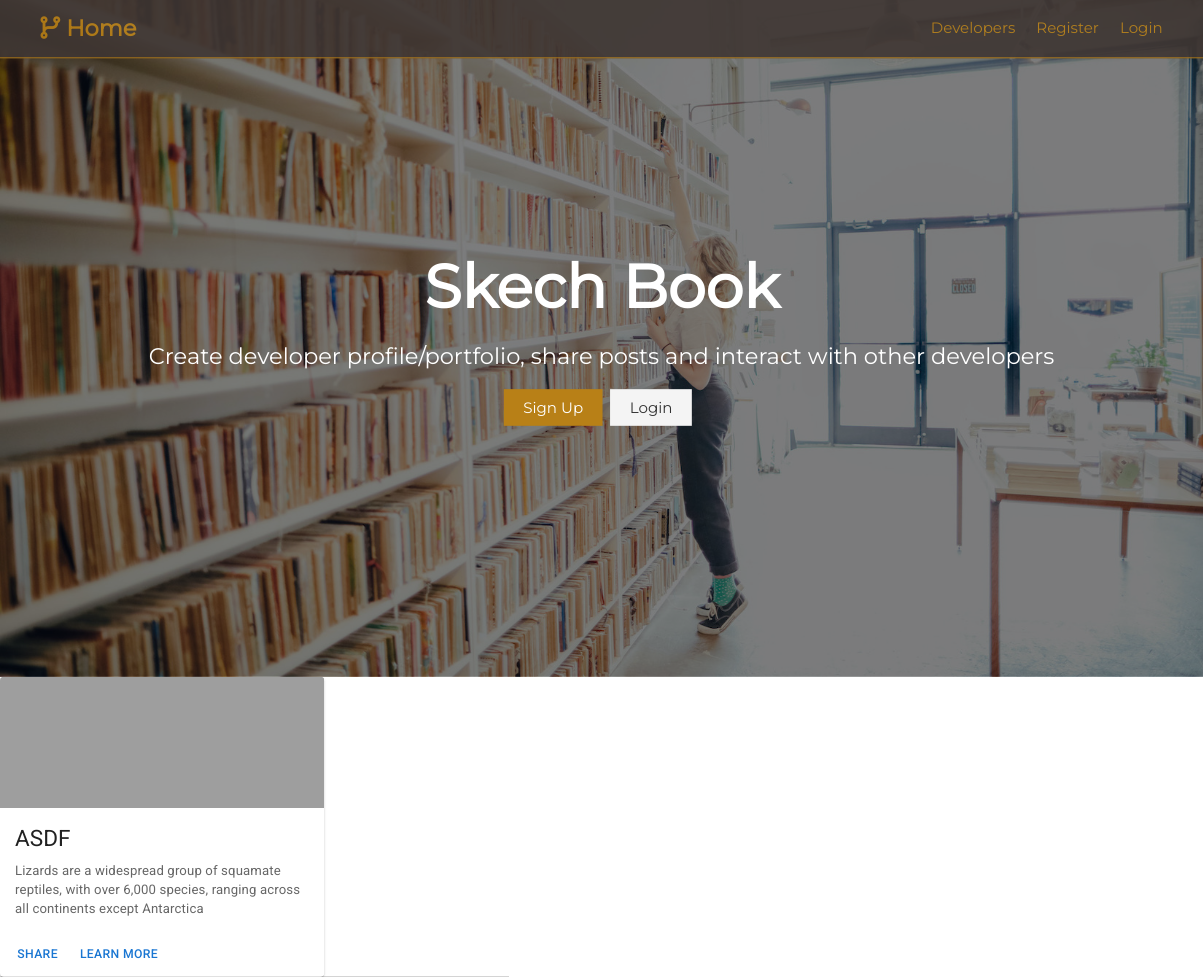
Repository: devnight0913/skechbook
Page: / (app in client/)
The author's editor kept a copy of each file at every save. The page is drawn from the files as they stood at one save, then again after the next save.
The browser window is 1280 px wide. The pictures show the whole page, at 94% of full size.
Pictures or frames that could not be fetched are drawn as grey boxes. Some web libraries are served in a nearby version. The project was rebuilt for these pictures with package versions that can differ from the ones it lists, and the page was loaded fresh each time. Also part of the build but not shown: client/src/components/auth/Login.js, client/src/components/auth/Register.js, client/src/components/dashboard/DashboardActions.js, client/src/actions/profile.js, client/src/utils/formatDate.js, client/src/components/dashboard/Experience.js, client/src/components/dashboard/Education.js, client/src/components/dashboard/Dashboard.js and 21 more.

Above is the page before, as saved 2023-07-23 12:22:01.

### client/public/index.html
<!DOCTYPE html>
<html lang="en">
  <head>
    <meta charset="utf-8" />
    <link rel="icon" href="%PUBLIC_URL%/favicon.ico" />
    <meta name="viewport" content="width=device-width, initial-scale=1" />
    <meta name="theme-color" content="#000000" />
    <meta
      name="description"
      content="Web site created using create-react-app"
    />
    <link rel="apple-touch-icon" href="%PUBLIC_URL%/logo192.png" />

    <!-- Font Awesome Kit -->
    <script
      src="https://kit.fontawesome.com/9cd49f9282.js"
      crossorigin="anonymous"
    ></script>

    <link rel="manifest" href="%PUBLIC_URL%/manifest.json" />
    <title>Welcome to DevBook</title>
  </head>
  <body>
    <noscript>You need to enable JavaScript to run this app.</noscript>
    <div id="root"></div>
  </body>
</html>

### client/src/index.js
import { render } from 'react-dom';

import '@fontsource/roboto/300.css';
import '@fontsource/roboto/400.css';
import '@fontsource/roboto/500.css';
import '@fontsource/roboto/700.css';

import App from './App';

render(<App />, document.getElementById('root'));

### client/src/components/layout/Navbar.js
import { Link } from 'react-router-dom';
import { connect } from 'react-redux';
import PropTypes from 'prop-types';

import { logout } from '../../actions/auth';

const Navbar = ({ auth: { isAuthenticated, loading }, logout }) => {
  const authLinks = (
    <ul>
      <li>
        <Link to='/profiles'>Developers</Link>
      </li>

      <li>
        <Link to='/posts'>Posts</Link>
      </li>

      <li>
        <Link to='/dashboard'>
          <i className='fas fa-user'></i>{' '}
          <span className='hide-sm'>Dashboard</span>
        </Link>
      </li>

      <li>
        <a onClick={logout} href='#!'>
          <i className='fas fa-sign-out-alt'></i>{' '}
          <span className='hide-sm'>Logout</span>
        </a>
      </li>
    </ul>
  );

  const guestLinks = (
    <ul>
      <li>
        <Link to='/profiles'>Developers</Link>
      </li>

      <li>
        <Link to='/register'>Register</Link>
      </li>

      <li>
        <Link to='/login'>Login</Link>
      </li>
    </ul>
  );

  return (
    <nav className='navbar bg-dark'>
      <h1>
        <Link to='/'>
          <i className='fas fa-code-branch' /> Home
        </Link>
      </h1>

      {!loading && <>{isAuthenticated ? authLinks : guestLinks}</>}
    </nav>
  );
};

Navbar.propTypes = {
  logout: PropTypes.func.isRequired,
  auth: PropTypes.object.isRequired,
};

const mapStateToProps = (state) => ({ auth: state.auth });

export default connect(mapStateToProps, { logout })(Navbar);

### client/src/components/layout/Landing.js
import { Link, Navigate } from 'react-router-dom';
import { connect } from 'react-redux';
import PropTypes from 'prop-types';

const Landing = ({ isAuthenticated }) => {
  if (isAuthenticated) {
    return <Navigate to='/dashboard' />;
  }

  return (
    <section className='landing'>
      <div className='dark-overlay'>
        <div className='landing-inner'>
          <h1 className='x-large'>Skech Book</h1>

          <p className='lead'>
            Create developer profile/portfolio, share posts and interact with
            other developers
          </p>

          <div className='buttons'>
            <Link to='/register' className='btn btn-primary'>
              Sign Up
            </Link>

            <Link to='/login' className='btn'>
              Login
            </Link>
          </div>
        </div>
      </div>
    </section>
  );
};

Landing.propTypes = {
  isAuthenticated: PropTypes.bool,
};

const mapStateToProps = (state) => ({
  isAuthenticated: state.auth.isAuthenticated,
});

export default connect(mapStateToProps)(Landing);

### client/src/components/layout/Alert.js
import PropTypes from 'prop-types';
import { connect } from 'react-redux';

const Alert = ({ alerts }) => (
  <div className='alert-wrapper'>
    {alerts.map((alert) => (
      <div key={alert.id} className={`alert alert-${alert.alertType}`}>
        {alert.msg}
      </div>
    ))}
  </div>
);

Alert.propTypes = {
  alerts: PropTypes.array.isRequired,
};

const mapStateToProps = (state) => ({ alerts: state.alert });

export default connect(mapStateToProps)(Alert);

### client/src/store.js
import { createStore, applyMiddleware } from 'redux';
import { composeWithDevTools } from 'redux-devtools-extension';
import thunk from 'redux-thunk';

import rootReducer from './reducers';
import setAuthToken from './utils/setAuthToken';

const initialState = {};
const middleware = [thunk];

// TODO: default export store
export const store = createStore(
  rootReducer,
  initialState,
  composeWithDevTools(applyMiddleware(...middleware))
);

/*
  NOTE: set up a store subscription listener
  to store the users token in localStorage
 */

/*
  initialize current state from redux store for subscription comparison
  preventing undefined error
 */
let currentState = store.getState();

store.subscribe(() => {
  // keep track of the previous and current state to compare changes
  let previousState = currentState;
  currentState = store.getState();
  // if the token changes set the value in localStorage and axios headers
  if (previousState.auth.token !== currentState.auth.token) {
    const token = currentState.auth.token;
    setAuthToken(token);
  }
});

### client/src/actions/auth.js
import api from '../utils/api';
import { setAlert } from './alert';
import {
  REGISTER_SUCCESS,
  REGISTER_FAIL,
  USER_LOADED,
  AUTH_ERROR,
  LOGIN_SUCCESS,
  LOGIN_FAIL,
  LOGOUT,
} from './types';

// Load User
export const loadUser = () => async (dispatch) => {
  try {
    const res = await api.get('/auth');

    dispatch({
      type: USER_LOADED,
      payload: res.data,
    });
  } catch (err) {
    dispatch({ type: AUTH_ERROR });
  }
};

// Register User
export const register =
  ({ name, email, githubusername, password }) =>
  async (dispatch) => {
    const body = { name, email, githubusername, password };

    try {
      const res = await api.post('/users', body);

      dispatch({
        type: REGISTER_SUCCESS,
        payload: res.data,
      });

      dispatch(loadUser());
    } catch (err) {
      const errors = err.response.data.errors;
      if (errors) {
        errors.forEach((error) => dispatch(setAlert(error.msg, 'danger')));
      }

      dispatch({ type: REGISTER_FAIL });
    }
  };

// Login User
export const login = (email, password) => async (dispatch) => {
  const body = { email, password };

  try {
    const res = await api.post('/auth', body);

    dispatch({
      type: LOGIN_SUCCESS,
      payload: res.data,
    });

    dispatch(loadUser());
  } catch (err) {
    const errors = err.response.data.errors;
    if (errors) {
      errors.forEach((error) => dispatch(setAlert(error.msg, 'danger')));
    }

    dispatch({ type: LOGIN_FAIL });
  }
};

// Logout/Clear Profile
export const logout = () => (dispatch) => {
  dispatch({ type: LOGOUT });
};

### client/src/actions/types.js
export const SET_ALERT = 'SET_ALERT';
export const REMOVE_ALERT = 'REMOVE_ALERT';

export const REGISTER_SUCCESS = 'REGISTER_SUCCESS';
export const REGISTER_FAIL = 'REGISTER_FAIL'; // remove

export const USER_LOADED = 'USER_LOADED';
export const AUTH_ERROR = 'AUTH_ERROR';

export const LOGIN_SUCCESS = 'LOGIN_SUCCESS';
export const LOGIN_FAIL = 'LOGIN_FAIL'; // remove
export const LOGOUT = 'LOGOUT';

export const GET_PROFILE = 'GET_PROFILE';
export const GET_PROFILES = 'GET_PROFILES';
export const GET_REPOS = 'GET_REPOS';
export const NO_REPOS = 'NO_REPOS';
export const UPDATE_PROFILE = 'UPDATE_PROFILE';
export const CLEAR_PROFILE = 'CLEAR_PROFILE';
export const PROFILE_ERROR = 'PROFILE_ERROR';

export const ACCOUNT_DELETED = 'ACCOUNT_DELETED';

export const GET_POSTS = 'GET_POSTS';
export const GET_POST = 'GET_POST';
export const POST_ERROR = 'POST_ERROR';
export const UPDATE_LIKES = 'UPDATE_LIKES';
export const DELETE_POST = 'DELETE_POST';
export const ADD_POST = 'ADD_POST';

export const ADD_COMMENT = 'ADD_COMMENT';
export const REMOVE_COMMENT = 'REMOVE_COMMENT';

### client/src/App.css
@import url('https://fonts.googleapis.com/css?family=Montserrat|Raleway&display=swap');
.m-1 {
  margin: 1rem;
}

.my-1 {
  margin: 1rem 0;
}

.p-1 {
  padding: 1rem;
}

.py-1 {
  padding: 1rem 0;
}

.m-2 {
  margin: 2rem;
}

.my-2 {
  margin: 2rem 0;
}

.p-2 {
  padding: 2rem;
}

.py-2 {
  padding: 2rem 0;
}

.m-3 {
  margin: 3rem;
}

.my-3 {
  margin: 3rem 0;
}

.p-3 {
  padding: 3rem;
}

.py-3 {
  padding: 3rem 0;
}

.m-4 {
  margin: 4rem;
}

.my-4 {
  margin: 4rem 0;
}

.p-4 {
  padding: 4rem;
}

.py-4 {
  padding: 4rem 0;
}

.m-5 {
  margin: 5rem;
}

.my-5 {
  margin: 5rem 0;
}

.p-5 {
  padding: 5rem;
}

.py-5 {
  padding: 5rem 0;
}

.container {
  max-width: 1100px;
  margin: auto;
  overflow: hidden;
  padding: 0 2rem;
  margin-top: 6rem;
  margin-bottom: 3rem;
}

.x-large {
  font-size: 4rem;
  line-height: 1.2;
  margin-bottom: 1rem;
}

.large {
  font-size: 3rem;
  line-height: 1.2;
  margin-bottom: 1rem;
}

.lead {
  font-size: 1.5rem;
  margin-bottom: 1rem;
}

.text-primary {
  color: #b88017;
}

.round-img {
  border-radius: 50%;
}

.line {
  height: 1px;
  background: #ccc;
  margin: 1.5rem 0;
}

.bg-primary {
  background-color: #b88017;
  color: #fff;
}

.bg-light {
  background-color: #f4f4f4;
  color: #333;
  border: #ccc 1px solid;
}

.bg-dark {
  background-color: #403734;
  color: #fff;
}

.bg-success {
  background-color: #28a745;
  color: #fff;
}

.bg-danger {
  background-color: #dc3545;
  color: #fff;
}

.bg-white {
  background-color: #fff;
  color: #333;
  border: #ccc 1px solid;
}

.btn {
  display: inline-block;
  background: #f4f4f4;
  color: #333;
  padding: 0.4rem 1.3rem;
  border: none;
  cursor: pointer;
  font-size: 1rem;
  margin-right: 0.5rem;
  outline: none;
  -webkit-transition: all 0.2s ease-in;
  transition: all 0.2s ease-in;
}

.btn.btn-primary {
  background-color: #b88017;
  color: #fff;
}

.btn.btn-primary:hover {
  background: #cf901a;
}

.btn.btn-dark {
  background-color: #403734;
  color: #fff;
}

.btn.btn-dark:hover {
  background: #4e433f;
}

.btn.btn-success {
  background-color: #28a745;
  color: #fff;
}

.btn.btn-success:hover {
  background: #2dbc4e;
}

.btn.btn-danger {
  background-color: #dc3545;
  color: #fff;
}

.btn.btn-danger:hover {
  background: #e04b59;
}

.btn:hover {
  background: #786762;
  color: #fff;
}

.alert {
  padding: 0.8rem;
  margin: 1rem;
  opacity: 0.9;
  background: #f4f4f4;
  color: #333;
}

.alert.alert-primary {
  background-color: #b88017;
  color: #fff;
}

.alert.alert-dark {
  background-color: #403734;
  color: #fff;
}

.alert.alert-success {
  background-color: #28a745;
  color: #fff;
}

.alert.alert-danger {
  background-color: #dc3545;
  color: #fff;
}

.badge {
  font-size: 0.8rem;
  padding: 0.1rem;
  text-align: center;
  margin: 0.3rem;
  background: #f4f4f4;
  color: #333;
}

.badge.badge-primary {
  background-color: #b88017;
  color: #fff;
}

.badge.badge-dark {
  background-color: #403734;
  color: #fff;
}

.badge.badge-success {
  background-color: #28a745;
  color: #fff;
}

.badge.badge-danger {
  background-color: #dc3545;
  color: #fff;
}

.dark-overlay {
  height: 100%;
  width: 100%;
  position: absolute;
  top: 0;
  left: 0;
  background-color: rgba(0, 0, 0, 0.5);
}

.table th,
.table td {
  padding: 1rem;
  text-align: left;
}

.table th {
  background: #f4f4f4;
}

.form-group {
  margin: 1.2rem 0;
}

.form-text {
  display: block;
  margin-top: 0.3rem;
  color: #888;
}

.form input[type='text'],
.form input[type='email'],
.form input[type='password'],
.form input[type='date'],
.form select,
.form textarea {
  display: block;
  width: 100%;
  padding: 0.4rem;
  font-size: 1.2rem;
  border: 1px solid #ccc;
}

.form input[type='submit'] {
  font: inherit;
}

.form .social-input {
  display: -webkit-box;
  display: -ms-flexbox;
  display: flex;
}

.form .social-input i {
  padding: 0.5rem;
  width: 4rem;
}

.form .social-input i.fa-twitter {
  color: #55acee;
}

.form .social-input i.fa-facebook {
  color: #3b5999;
}

.form .social-input i.fa-youtube {
  color: #cd201f;
}

.form .social-input i.fa-reddit {
  color: #ff5700;
}

.form .social-input i.fa-linkedin {
  color: #0077b5;
}

.form .social-input i.fa-instagram {
  color: #e4405f;
}

* {
  -webkit-box-sizing: border-box;
  box-sizing: border-box;
  margin: 0;
  padding: 0;
}

body {
  font-family: 'Montserrat', 'Raleway', sans-serif;
  font-size: 1rem;
  line-height: 1.6;
  background-color: #fff;
  color: #333;
}

a {
  text-decoration: none;
  color: #b88017;
}

ul {
  list-style-type: none;
}

img {
  width: 100%;
}

.navbar {
  display: -webkit-box;
  display: -ms-flexbox;
  display: flex;
  -webkit-box-align: center;
  -ms-flex-align: center;
  align-items: center;
  -webkit-box-pack: justify;
  -ms-flex-pack: justify;
  justify-content: space-between;
  padding: 0.7rem 2rem;
  position: fixed;
  z-index: 1;
  width: 100%;
  top: 0;
  border-bottom: solid 1px #b88017;
  opacity: 0.9;
}

.navbar ul {
  display: -webkit-box;
  display: -ms-flexbox;
  display: flex;
}

.navbar a {
  color: #b88017;
  padding: 0.45rem;
  margin: 0 0.25rem;
}

.navbar a:hover {
  color: #fff;
}

.landing {
  position: relative;
  background: url('./img/showcase.jpg') no-repeat center center/cover;
  height: 100vh;
}

.landing-inner {
  color: #fff;
  height: 100%;
  display: -webkit-box;
  display: -ms-flexbox;
  display: flex;
  -webkit-box-orient: vertical;
  -webkit-box-direction: normal;
  -ms-flex-direction: column;
  flex-direction: column;
  width: 80%;
  margin: auto;
  -webkit-box-align: center;
  -ms-flex-align: center;
  align-items: center;
  -webkit-box-pack: center;
  -ms-flex-pack: center;
  justify-content: center;
  text-align: center;
}

.profile {
  display: -ms-grid;
  display: grid;
  -ms-grid-columns: 2fr 4fr 2fr;
  grid-template-columns: 2fr 4fr 2fr;
  grid-gap: 2rem;
  -webkit-box-align: center;
  -ms-flex-align: center;
  align-items: center;
  padding: 1rem;
  line-height: 1.8;
  margin-bottom: 1rem;
}

.profile-grid {
  display: -ms-grid;
  display: grid;
  grid-template-areas: 'top top' 'about about' 'exp edu' 'github github';
  grid-gap: 1rem;
}

.profile-grid .profile-top {
  -ms-grid-row: 1;
  -ms-grid-column: 1;
  -ms-grid-column-span: 2;
  grid-area: top;
  display: -webkit-box;
  display: -ms-flexbox;
  display: flex;
  -webkit-box-orient: vertical;
  -webkit-box-direction: normal;
  -ms-flex-direction: column;
  flex-direction: column;
  -webkit-box-align: center;
  -ms-flex-align: center;
  align-items: center;
  -webkit-box-pack: center;
  -ms-flex-pack: center;
  justify-content: center;
  text-align: center;
}

.profile-grid .profile-top img {
  width: 250px;
}

.profile-grid .profile-top .icons a {
  color: #fff;
  margin: 0 0.3rem;
}

.profile-grid .profile-top .icons a:hover {
  color: #403734;
}

.profile-grid .profile-about {
  -ms-grid-row: 2;
  -ms-grid-column: 1;
  -ms-grid-column-span: 2;
  grid-area: about;
  text-align: center;
}

.profile-grid .profile-about .skills {
  display: -webkit-box;
  display: -ms-flexbox;
  display: flex;
  -webkit-box-pack: center;
  -ms-flex-pack: center;
  justify-content: center;
  -webkit-box-align: center;
  -ms-flex-align: center;
  align-items: center;
  text-align: center;
}

.profile-grid .profile-exp {
  -ms-grid-row: 3;
  -ms-grid-column: 1;
  grid-area: exp;
}

.profile-grid .profile-edu {
  -ms-grid-row: 3;
  -ms-grid-column: 2;
  grid-area: edu;
}

.profile-grid .profile-exp > div,
.profile-grid .profile-edu > div {
  margin-bottom: 1rem;
  padding-bottom: 1rem;
  border-bottom: #ccc 1px dotted;
}

.profile-grid .profile-exp > div:last-child,
.profile-grid .profile-edu > div:last-child {
  border: none;
}

.profile-grid .profile-exp p,
.profile-grid .profile-edu p {
  margin: 0.5rem 0;
}

.profile-grid .profile-github {
  -ms-grid-row: 4;
  -ms-grid-column: 1;
  -ms-grid-column-span: 2;
  grid-area: github;
}

.profile-grid .profile-github .repo {
  display: -webkit-box;
  display: -ms-flexbox;
  display: flex;
}

.profile-grid .profile-github .repo > div:first-child {
  -webkit-box-flex: 7;
  -ms-flex: 7;
  flex: 7;
  -ms-flex-preferred-size: 70%;
  flex-basis: 70%;
}

.profile-grid .profile-github .repo > div:last-child {
  -webkit-box-flex: 3;
  -ms-flex: 3;
  flex: 3;
  -ms-flex-preferred-size: 20%;
  flex-basis: 20%;
}

.post-form-header {
  padding: 0.5rem;
}

.post {
  display: -ms-grid;
  display: grid;
  -ms-grid-columns: 1fr 4fr;
  grid-template-columns: 1fr 4fr;
  grid-gap: 2rem;
  -webkit-box-align: center;
  -ms-flex-align: center;
  align-items: center;
}

.post > div:first-child {
  text-align: center;
}

.post img {
  width: 150px;
}

.post .comment-count {
  background: var(--light-color);
  color: var(--primary-color);
  padding: 0.1rem 0.2rem;
  border-radius: 5px;
  font-size: 0.8rem;
}

.post .post-date {
  color: #aaa;
  font-size: 0.8rem;
  margin-bottom: 0.5rem;
}

@media (max-width: 700px) {
  .hide-sm {
    display: none;
  }
  .container {
    margin-top: 8rem;
  }
  .x-large {
    font-size: 3rem;
  }
  .large {
    font-size: 2rem;
  }
  .lead {
    font-size: 1rem;
  }
  .navbar {
    display: block;
    text-align: center;
  }
  .navbar ul {
    text-align: center;
    -webkit-box-pack: center;
    -ms-flex-pack: center;
    justify-content: center;
  }
  .navbar h1 {
    margin-bottom: 1rem;
  }
  .dash-buttons a {
    display: block;
    width: 100%;
    margin-bottom: 0.2rem;
  }
  .profile {
    -ms-grid-columns: 1fr;
    grid-template-columns: 1fr;
    text-align: center;
  }
  .profile ul {
    display: none;
  }
  .profile-grid {
    grid-template-areas: 'top' 'about' 'exp' 'edu' 'github';
  }
  .profile-about .skills {
    -webkit-box-orient: vertical;
    -webkit-box-direction: normal;
    -ms-flex-direction: column;
    flex-direction: column;
  }
  .post {
    -ms-grid-columns: 1fr;
    grid-template-columns: 1fr;
  }
  .post a,
  .post button {
    padding: 0.3rem 0.4rem;
  }
}

.alert-wrapper {
  position: fixed;
  top: 4rem;
  right: 2rem;
  display: inline-block;
}

### client/src/components/layout/Footer.js
import { Link } from "react-router-dom";
import MediaCard from "../books/MediaCard";

const Footer = () => {
  return (
    <div>
      <ul>
        <li>
          <Link to="/login">
            <MediaCard title="ASDF" imgURL="http://s3.amazonaws.com/data.arthousecoop.com/attachments/81745/standard/39053-70.jpg"/>
          </Link>
        </li>
      </ul>
    </div>
  );
};

export default Footer;

### client/src/actions/alert.js
import { v4 as uuidv4 } from 'uuid';

import { SET_ALERT, REMOVE_ALERT } from './types';

export const setAlert =
  (msg, alertType, timeout = 5000) =>
  (dispatch) => {
    const id = uuidv4();

    dispatch({
      type: SET_ALERT,
      payload: { msg, alertType, id },
    });

    setTimeout(
      () =>
        dispatch({
          type: REMOVE_ALERT,
          payload: id,
        }),
      timeout
    );
  };

### client/src/reducers/index.js
import { combineReducers } from 'redux';

import alertReducer from './alert';
import authReducer from './auth';
import profileReducer from './profile';
import postReducer from './post';

export default combineReducers({
  alert: alertReducer,
  auth: authReducer,
  profile: profileReducer,
  post: postReducer,
});

### client/src/components/books/MediaCard.js
import * as React from 'react';
import Card from '@mui/material/Card';
import CardActions from '@mui/material/CardActions';
import CardContent from '@mui/material/CardContent';
import CardMedia from '@mui/material/CardMedia';
import Button from '@mui/material/Button';
import Typography from '@mui/material/Typography';

export default function MediaCard({title, imgURL}) {
  return (
    <Card sx={{ maxWidth: 345 }}>
      <CardMedia
        sx={{ height: 140 }}
        image={imgURL}
        title={title}
      />
      <CardContent>
        <Typography gutterBottom variant="h5" component="div">
          {title}
        </Typography>
        <Typography variant="body2" color="text.secondary">
          Lizards are a widespread group of squamate reptiles, with over 6,000
          species, ranging across all continents except Antarctica
        </Typography>
      </CardContent>
      <CardActions>
        <Button size="small">Share</Button>
        <Button size="small">Learn More</Button>
      </CardActions>
    </Card>
  );
}

### client/src/reducers/alert.js
import { SET_ALERT, REMOVE_ALERT } from '../actions/types';

const initialState = [];

const alertReducer = (state = initialState, action) => {
  const { type, payload } = action;

  switch (type) {
    case SET_ALERT:
      return [...state, payload];
    case REMOVE_ALERT:
      return state.filter((alert) => alert.id !== payload);
    default:
      return state;
  }
};

export default alertReducer;

### client/src/reducers/auth.js
import {
  REGISTER_SUCCESS,
  USER_LOADED,
  AUTH_ERROR,
  LOGIN_SUCCESS,
  LOGOUT,
  ACCOUNT_DELETED,
} from '../actions/types';

const initialState = {
  token: localStorage.getItem('token'),
  isAuthenticated: null,
  loading: true,
  user: null,
};

const authReducer = (state = initialState, action) => {
  const { type, payload } = action;

  switch (type) {
    case USER_LOADED:
      return {
        ...state,
        isAuthenticated: true,
        loading: false,
        user: payload,
      };
    case REGISTER_SUCCESS:
    case LOGIN_SUCCESS:
      return {
        ...state,
        ...payload,
        isAuthenticated: true,
        loading: false,
      };
    case AUTH_ERROR:
    case LOGOUT:
    case ACCOUNT_DELETED:
      return {
        ...state,
        token: null,
        isAuthenticated: false,
        loading: false,
        user: null,
      };
    default:
      return state;
  }
};

export default authReducer;

### client/src/reducers/profile.js
import {
  GET_PROFILE,
  PROFILE_ERROR,
  CLEAR_PROFILE,
  UPDATE_PROFILE,
  GET_PROFILES,
  GET_REPOS,
  NO_REPOS,
} from '../actions/types';

const initialState = {
  profile: null,
  profiles: [],
  repos: [],
  loading: true,
  error: {},
};

const profileReducer = (state = initialState, action) => {
  const { type, payload } = action;

  switch (type) {
    case GET_PROFILE:
    case UPDATE_PROFILE:
      return {
        ...state,
        profile: payload,
        loading: false,
      };
    case GET_PROFILES:
      return {
        ...state,
        profiles: payload,
        loading: false,
      };
    case PROFILE_ERROR:
      return {
        ...state,
        error: payload,
        loading: false,
        profile: null,
      };
    case CLEAR_PROFILE:
      return {
        ...state,
        profile: null,
        repos: [],
      };
    case GET_REPOS:
      return {
        ...state,
        repos: payload,
        loading: false,
      };
    case NO_REPOS:
      return {
        ...state,
        repos: [],
      };

    default:
      return state;
  }
};

export default profileReducer;

Loaded but not shown: client/src/utils/setAuthToken.js (common file); client/src/App.js (91 lines, source omitted); client/src/reducers/post.js (83 lines, source omitted); client/src/utils/api.js (no copy from this time; the picture is the same without it)

After the next save:
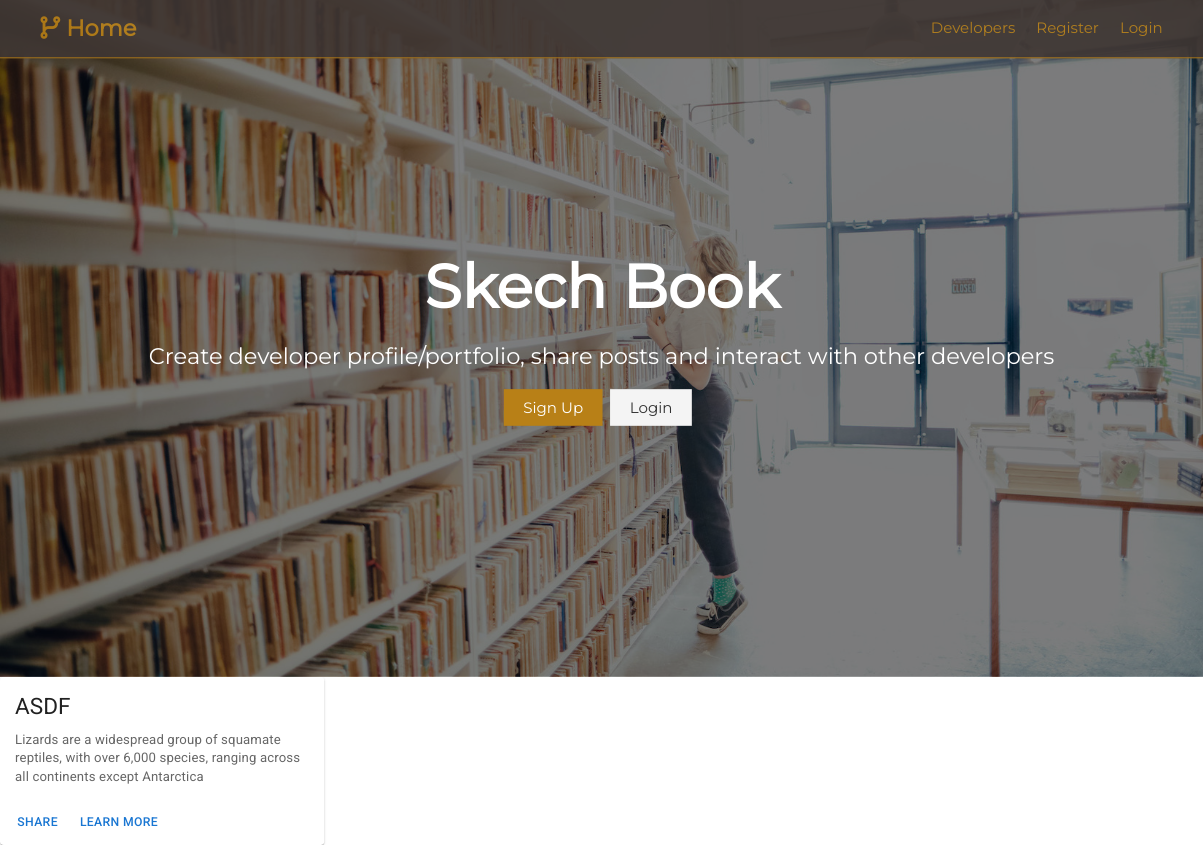
Saved 38 s later.
--- a/client/src/components/books/MediaCard.js
+++ b/client/src/components/books/MediaCard.js
@@ -10,7 +10,7 @@ export default function MediaCard({title, imgURL}) {
   return (
     <Card sx={{ maxWidth: 345 }}>
       <CardMedia
-        sx={{ height: 140 }}
+        sx={{ height: "auto" }}
         image={imgURL}
         title={title}
       />
